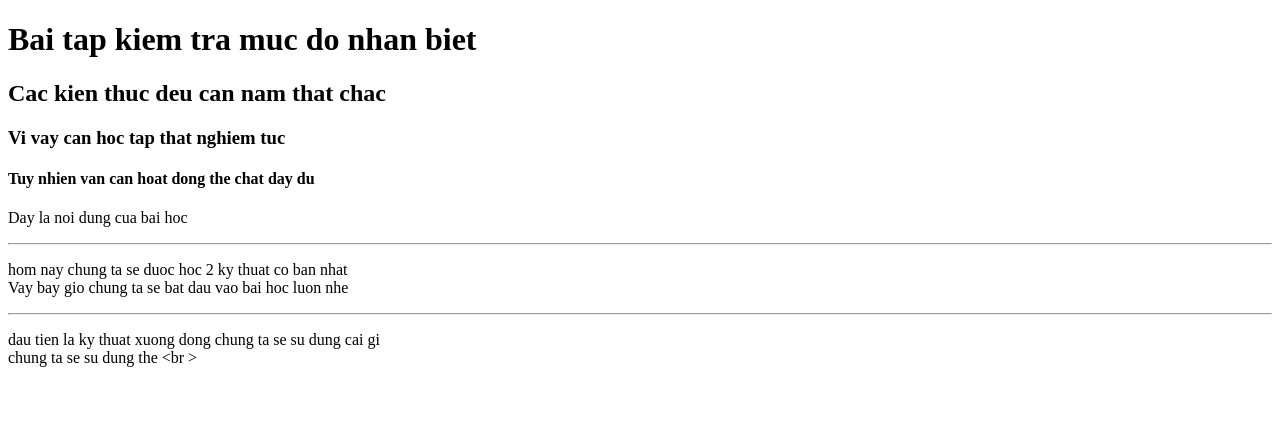
Repository: bachphamudu/my-tech-docs
Page: index.html
The author's editor kept a copy of each file at every save. The page is drawn from the files as they stood at one save, then again after a run of saves.
The browser window is 1280 px wide. The pictures show the whole page.

Above is the page before, as saved 2026-10-17 09:13:14.

After the next 2 saves:
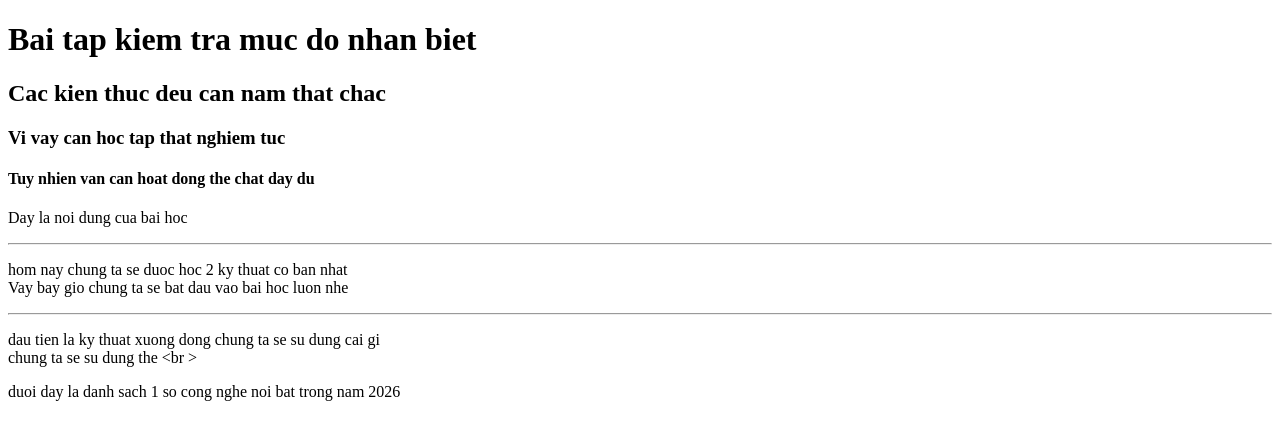
The 2 saves are shown as one change because they came seconds apart.
The last was saved 40 s later.
--- a/index.html
+++ b/index.html
@@ -17,6 +17,7 @@
     <hr>
     <p>dau tien la ky thuat xuong dong chung ta se su dung cai gi <br>
     chung ta se su dung the &lt;br	&gt;</p>
+    <p>duoi day la danh sach 1 so cong nghe noi bat trong nam 2026</p>
 
 </body>
 </html>
